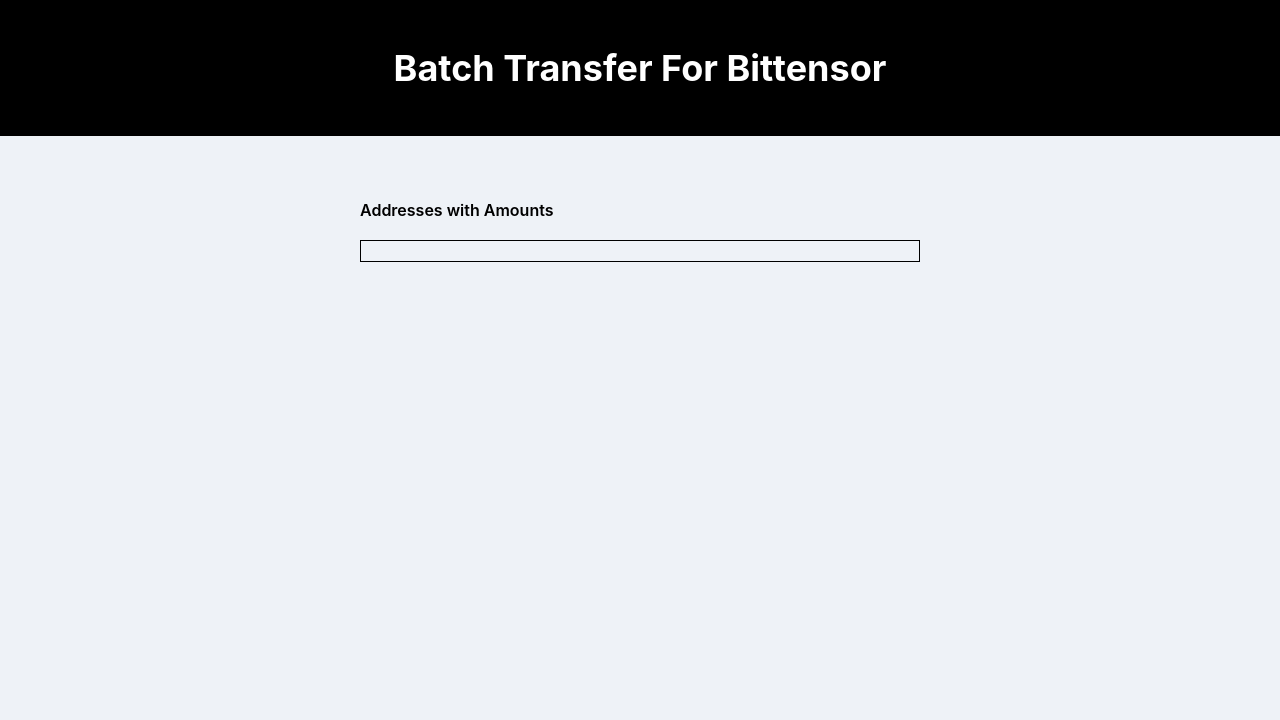
Repository: Dawid-Ace/batch_transfer_tao_master_ui
Page: /
The author's editor kept a copy of each file at every save. The page is drawn from the files as they stood at one save, then again after the next save.
The browser window is 1280 px wide. The pictures show the whole page.
The project was rebuilt for these pictures with package versions that can differ from the ones it lists, and the page was loaded fresh each time.

Above is the page before, as saved 2023-05-10 03:33:19.

### src/App.js
import './App.css';
import { TransferForm } from './components/TransferForm';

function App() {
  return (
    <div className="app-container">
      <div className="header-container">
        Batch Transfer For Bittensor
      </div>

      <div className="main-container">
        <TransferForm />
      </div>
    </div>
  );
}

export default App;

### src/App.css
.app-container {
	display: flex;
	flex-direction: column;
	position: relative;
	width: 100%;
	height: 100vh;
}

.header-container {
	display: flex;
	justify-content: center;
	align-items: center;
	padding-top: 46px;
	padding-bottom: 46px;
	background-color: black;
	font-size: 36px;
	color: white;
	font-weight: 700;
}

.main-container {
	display: flex;
	justify-content: center;
	padding-top: 46px;
	background-color: rgb(238, 242, 247);
	height: 100%;
}

### src/components/TransferForm/index.jsx
import React, { useEffect, useState } from "react";
import styled from 'styled-components';
import DataTable from 'react-data-table-component';

const columns = [
  {
    name: 'Title',
    selector: row => row.title,
  },
  {
    name: 'Year',
    selector: row => row.year,
  },
];
const data = [
  {
    id: 1,
    title: 'Beetlejuice',
    year: '1988',
  },
  {
    id: 2,
    title: 'Ghostbusters',
    year: '1984',
  },
]
export const TransferForm = () => {
  /*
  const fetchUserBalance = async address => {
    const res = await api.query.system.account(address);
    if (res.isEmpty) return 0;
    const { data } = res.toJSON();
    return data.free / UNIT;
  };

  const fetchAndSetUserBalance = async () => {
    const _balance = await fetchUserBalance(currentAccount.address);
    setBalance(_balance);
  };

  const getFromAccount = async () => {
    const {
      address,
      meta: { source, isInjected }
    } = currentAccount;

    if (!isInjected) {
      return [currentAccount];
    }

    // currentAccount is injected from polkadot-JS extension, need to return the addr and signer object.
    // ref: https://polkadot.js.org/docs/extension/cookbook#sign-and-send-a-transaction
    const injector = await web3FromSource(source);
    return [address, { signer: injector.signer }];
  };

  const txResHandler = ({ status }) => {
    setTxStatus({
      visible: true,
      ...(status.isFinalized
        ? { type: 'success', message: 'Success' }
        : { type: 'info', message: `Current transaction status: ${status.type}` })
    });
    if (status.isFinalized) fetchInfo();
  };

  const txErrHandler = err => {
    setTxStatus({ visible: true, type: 'error', message: `😞 Transaction Failed: ${err.toString()}` });
  };

  const submitTx = async tx => {
    setPending(true);
    const fromAccount = await getFromAccount();
    tx.signAndSend(...fromAccount, txResHandler)
      .catch(txErrHandler)
      .finally(() => setPending(false));
  };

  const onUnstake = () => {
    submitTx(api.tx.subtensorModule.removeStake(HOTKEY, Math.floor(amount * UNIT)));
  };
  */

  const FormLabel = styled.p`
    color: black;
    font-weight: 600;
    font-size: 16px;
    line-height: 160%;
  `;

  const FormWrapper = styled.form`
    max-width: 560px;
    min-width: 560px;
    display: flex;
    flex-direction: column;

  `;

  const FormInput = styled.div`
    border: solid 1px
  `

  return (
    <FormWrapper>
      <FormLabel>
        Addresses with Amounts
      </FormLabel>

      <FormInput contentEditable />

    </FormWrapper>
  )
}

Loaded but not shown: public/index.html (common file); src/index.js (common file); src/index.css (common file); src/reportWebVitals.js (common file)

After the next save:
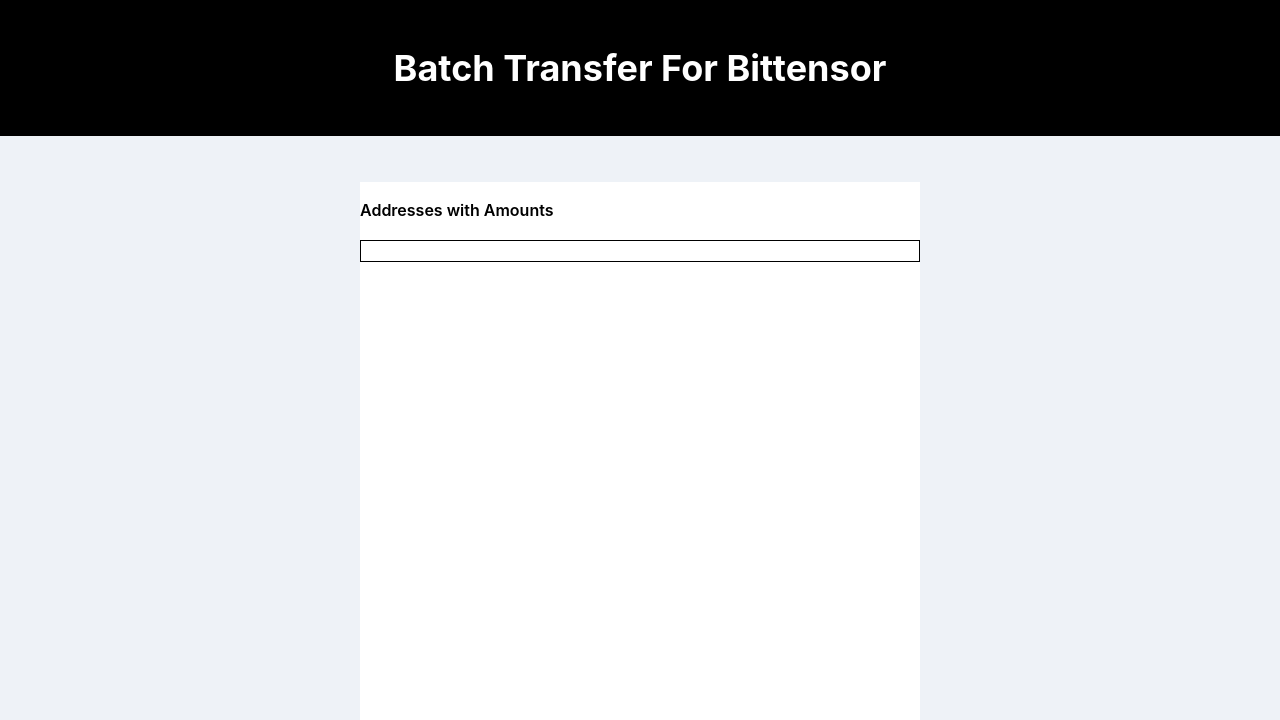
Saved 15 s later.
--- a/src/components/TransferForm/index.jsx
+++ b/src/components/TransferForm/index.jsx
@@ -93,7 +93,7 @@
     min-width: 560px;
     display: flex;
     flex-direction: column;
-
+    background-color: white
   `;
 
   const FormInput = styled.div`

After the save that followed:
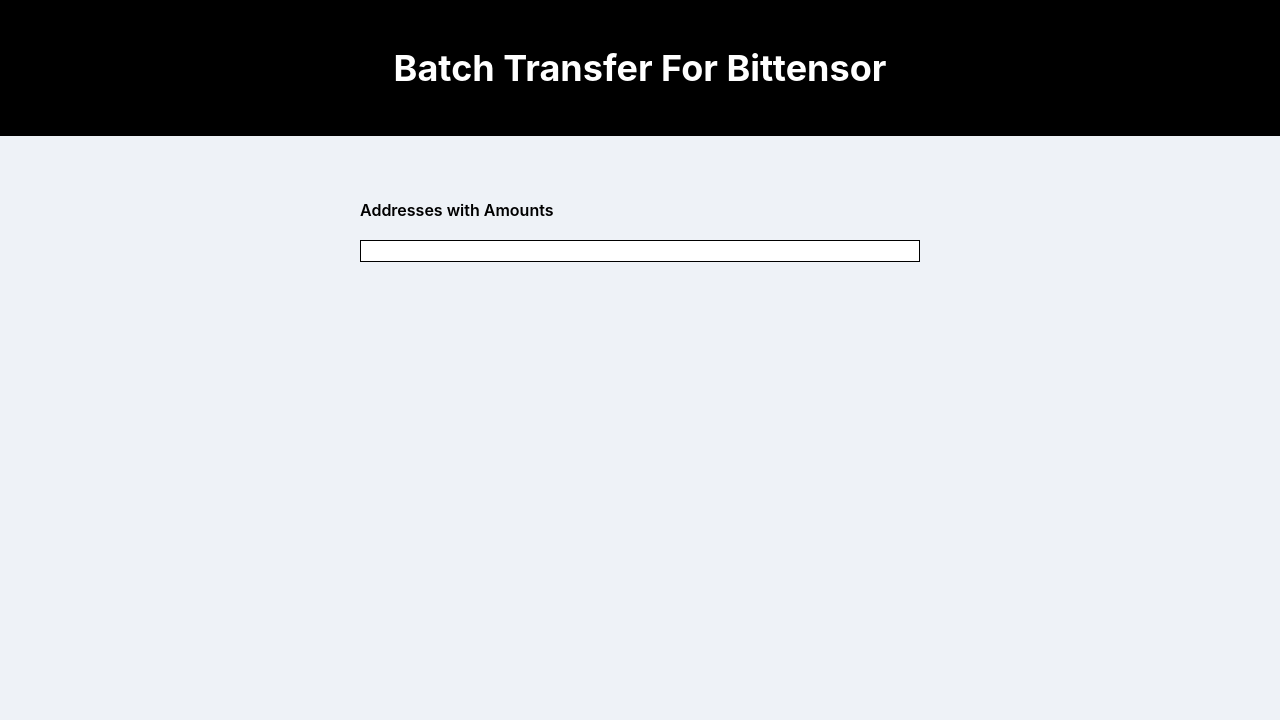
Saved 13 s later.
--- a/src/components/TransferForm/index.jsx
+++ b/src/components/TransferForm/index.jsx
@@ -93,11 +93,12 @@
     min-width: 560px;
     display: flex;
     flex-direction: column;
-    background-color: white
   `;
 
   const FormInput = styled.div`
-    border: solid 1px
+    border: solid 1px;
+    background-color: white
+
   `
 
   return (
